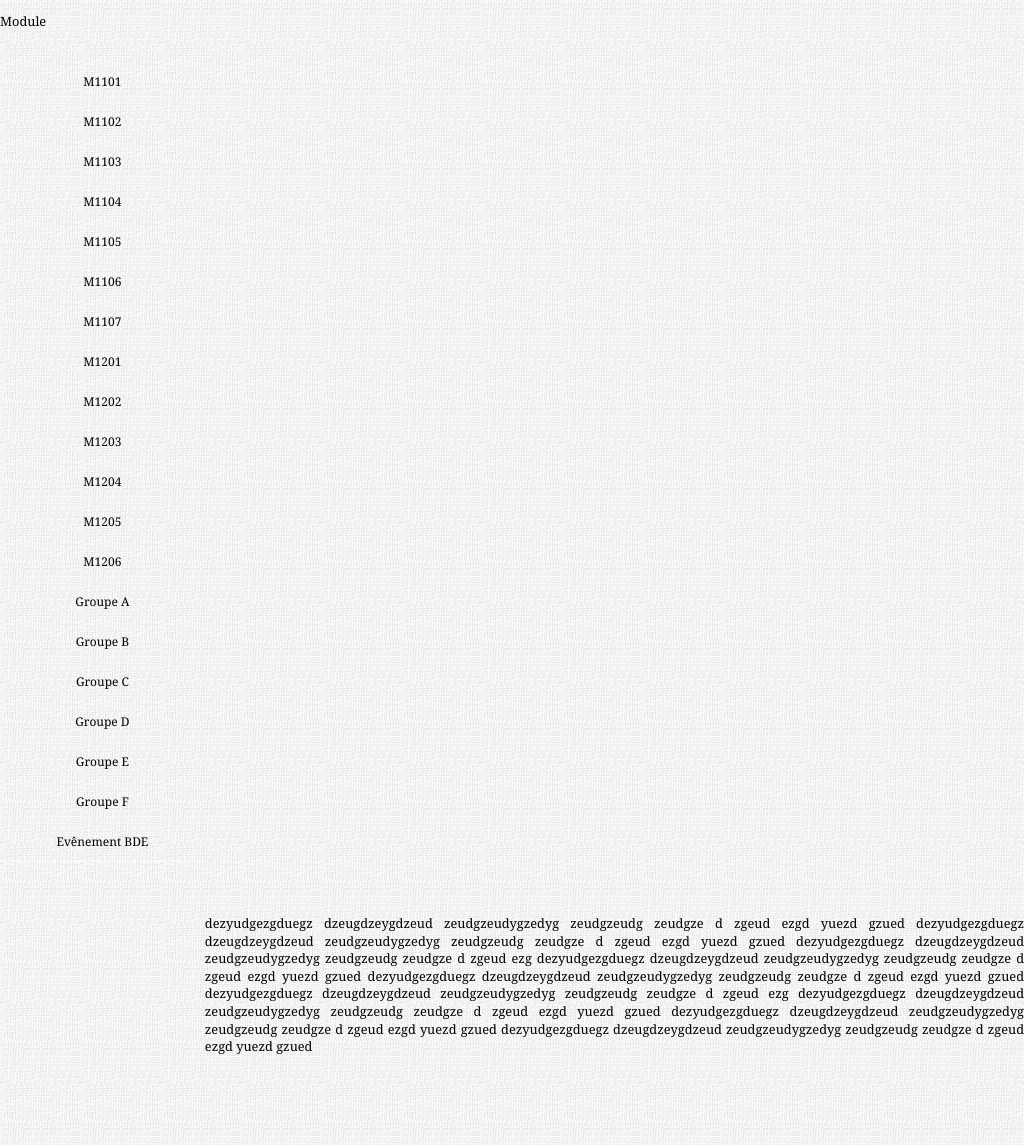
Repository: ValentinArg/PETUT
Page: http://localhost/PETUT/WEB-INF/jsp/eleve/semestre1.jsp
The author's editor kept a copy of each file at every save. The page is drawn from the files as they stood at one save, then again after the next save.
The browser window is 1280 px wide. The pictures show the whole page, at 80% of full size.
Some web libraries are served in a nearby version. The page is served by Tomcat 9. Nobody is signed in. Other server files are loaded and not shown. The template is opened directly, without the code that normally fills it, so the values that code supplies are empty.

Above is the page before, as saved 2016-10-02 11:07:27.

### PETUT/WebContent/WEB-INF/jsp/eleve/semestre1.jsp
<%@ page language="java" contentType="text/html; charset=ISO-8859-1"
    pageEncoding="ISO-8859-1"%>
<!DOCTYPE html PUBLIC "-//W3C//DTD HTML 4.01 Transitional//EN" "http://www.w3.org/TR/html4/loose.dtd">
<html>
<head>
<meta http-equiv="Content-Type" content="text/html; charset=ISO-8859-1">
<link rel ="stylesheet" href = "/PETUT/css/main.css"/>
<link rel ="stylesheet" href = "/PETUT/css/allSemestres.css"/>
<title>Insert title here</title>
</head>
<body>

	<jsp:include page="../enTete.jsp"/>
	<div class="navigation" id="navigation">
		<ul>
			<li class="parent" id="parent1"><p class="module">M1101</p></li>
			<li class="parent" id="parent2"><p class="module">M1102</p></li>
			<li class="parent" id="parent1"><p class="module">M1103</p></li>
			<li class="parent" id="parent2"><p class="module">M1104</p></li>
			<li class="parent" id="parent1"><p class="module">M1105</p></li>
			<li class="parent" id="parent2"><p class="module">M1106</p></li>
			<li class="parent" id="parent1"><p class="module">M1107</p></li>
			<li class="parent" id="parent2"><p class="module">M1201</p></li>
			<li class="parent" id="parent1"><p class="module">M1202</p></li>
			<li class="parent" id="parent2"><p class="module">M1203</p></li>
			<li class="parent" id="parent1"><p class="module">M1204</p></li>
			<li class="parent" id="parent2"><p class="module">M1205</p></li>
			<li class="parent" id="parent1"><p class="module">M1206</p></li>
			<li class="parent" id="parent1"><p class="module">Groupe A</p></li>
			<li class="parent" id="parent2"><p class="module">Groupe B</p></li>
			<li class="parent" id="parent1"><p class="module">Groupe C</p></li>
			<li class="parent" id="parent2"><p class="module">Groupe D</p></li>
			<li class="parent" id="parent1"><p class="module">Groupe E</p></li>
			<li class="parent" id="parent2"><p class="module">Groupe F</p></li>
			<li class="parent" id="parent1"><p class="module">Evênement BDE</p></li>

		</ul>

	</div>
	<div class="conteneurGeneral" id="conteneurGeneral">
		<p>  dezyudgezgduegz dzeugdzeygdzeud zeudgzeudygzedyg zeudgzeudg zeudgze d zgeud ezgd yuezd gzued dezyudgezgduegz dzeugdzeygdzeud zeudgzeudygzedyg zeudgzeudg zeudgze d zgeud ezgd yuezd gzued dezyudgezgduegz dzeugdzeygdzeud zeudgzeudygzedyg zeudgzeudg zeudgze d zgeud ezg dezyudgezgduegz dzeugdzeygdzeud zeudgzeudygzedyg zeudgzeudg zeudgze d zgeud ezgd yuezd gzued dezyudgezgduegz dzeugdzeygdzeud zeudgzeudygzedyg zeudgzeudg zeudgze d zgeud ezgd yuezd gzued dezyudgezgduegz dzeugdzeygdzeud zeudgzeudygzedyg zeudgzeudg zeudgze d zgeud ezg dezyudgezgduegz dzeugdzeygdzeud zeudgzeudygzedyg zeudgzeudg zeudgze d zgeud ezgd yuezd gzued dezyudgezgduegz dzeugdzeygdzeud zeudgzeudygzedyg zeudgzeudg zeudgze d zgeud ezgd yuezd gzued dezyudgezgduegz dzeugdzeygdzeud zeudgzeudygzedyg zeudgzeudg zeudgze d zgeud ezgd yuezd gzued</p>
	</div>
	<script type="text/javascript">

		var haut = false
		function slideUp(){
			if(!haut){
				$('#navigation').animate({ top: "-=100%"}, 200 );
				if($('#navigation').is(':animated')){
					checkAnimate();
				}
				haut = true;
			}else{
				document.getElementById('conteneurGeneral').style.marginLeft="20%";
				document.getElementById('conteneurGeneral').style.width="80%";
				$('#navigation').animate({ top: "+=100%"}, 200 );
				haut = false;
			}
		}

		function checkAnimate() {
            if( $( '#navigation' ).is( ':animated' )) {
                setTimeout(function() {
                    checkAnimate();
                }, 0 );
            }else{
            	if(haut){
            		document.getElementById('conteneurGeneral').style.marginLeft="0%";
            		document.getElementById('conteneurGeneral').style.width="100%";
            	}
            }
        }

		$( '#boutonHautBas' ).click(function(){
			slideUp()});
	</script>
</body>
</html>

### PETUT/WebContent/WEB-INF/jsp/enTete.jsp
<%@ page language="java" contentType="text/html; charset=ISO-8859-1"
    pageEncoding="ISO-8859-1"%>
<!DOCTYPE html PUBLIC "-//W3C//DTD HTML 4.01 Transitional//EN" "http://www.w3.org/TR/html4/loose.dtd">
<html>
<head>
	<meta http-equiv="Content-Type" content="text/html; charset=ISO-8859-1">
	<title>Insert title here</title>
	<link rel ="stylesheet" href = "/PE2I/css/main.css"/>
	<script src="https://code.jquery.com/jquery-1.12.4.js"></script>
  	<script src="https://code.jquery.com/ui/1.12.1/jquery-ui.js"></script>

</head>
<body>
	<div class=enTete>
		<p class="boutonHautBas" id="boutonHautBas">Module</p>
		<ul class="nav" id="nav">
			<c:forEach var="forum" items="${listeForum}">
				<li class=" partie"><a class="forum" id="${forum.id}"><c:out value="${forum.nom}"/></a></li>
			</c:forEach>
			<!-- <li class="partie" id="banniere"><a>PETUT</a></li>-
			<li class=" partie"><a class="forum" id="1">Cours</a></li>
			<li class="partie"><a class="forum" id="2">Travaux Dirigées</a></li>
			<li class="partie"><a class="forum" id="3">Travaux Pratiques</a></li>
			<li class="partie"><a class="forum" id="4">Partiels</a></li>
			<li class="partie"><a>Mon Compte</a></li>-->
		</ul>
	</div>

</body>
</html>

### PETUT/WebContent/css/main.css
@CHARSET "ISO-8859-1";

@CHARSET "UTF-8";
/* Général ------------------------------------------------------------------------------------- */

html {
  height: 100%;
  box-sizing: border-box;
}

*,
*:before,
*:after {
  box-sizing: inherit;
}

body {
	background-image : url(../images/fond.jpg);
	position: relative;
 	margin: 0;
  padding-bottom: 6rem;
  min-height: 100%;
}

body,p,legend, label, input {
    font: normal 8pt;
    font-family:  Georgia, serif;
}

header img {
	width:470px;
	display:inline;
}
header .logoiut{
	height:135px;
	width:215px;
}
header{

	height:135px;
	margin-left:auto;
	margin-right:auto;
	background-image : url(../images/fondbanniere.jpg);
	width:85%;
	min-width:880px;
}
nav {
	width:85%;
	min-width:880px;
	margin-left:auto;
	margin-right:auto;
	text-align:left;

}
.general{
	width:85%;
	min-width:880px;
	margin-left:auto;
	margin-right:auto;
	background-image:url(../images/fondgeneral.jpg);
	padding-top:30px;
	padding-bottom:10px;
	min-height:69vh;
	margin-bottom:-24px;
}
footer {
	width:85%;
	min-width:880px;
	margin-left:auto;
	margin-right:auto;
	font-size:80%;
	position: absolute;
  	right: 0;
  	bottom: 0;
  	left: 0;
  	padding: 1rem;
  	margin-top:0;
	background-image:url(../images/fondgeneral.jpg);
}

### PETUT/WebContent/css/allSemestres.css
.parent{

	list-style:none;
	font-size:15px;
	cursor:pointer;
	width:100%;
	display:inline-block;

}

.navigation ul{
	width:100%;
	display:inline-block;

}




ul{
	margin:0;
	padding:0;
}

.ue {

	border-top:solid 1px white;
	display:block;
	padding:10px;
	text-align:center;
	background-color:#4CAF50;
	margin:0;
}

.ue:hover{
	color:white;
}

.module p{

	border:none;
	border-bottom:solid 1px white;
	display: block;
	padding:10px;
	text-align:center;
	background-color:#333;
	margin:0;


}

.module p:hover{
	color:white;
	cursor:pointer;
}

.semestres{
	background-color:#4CAF50;

}

a{
	cursor:pointer;
}





body{

	margin:0;
	padding:0;
}



.navigation{

	display:inline-block;
	list-style : none;
	margin:0;
	padding:0;
	position: relative;
	z-index:5;
	width:20%;
	border-bottom:solid 1px white;
	text-align:center;
	height:95.5%;
	max-height:95.3%;
	overflow: auto;


}

.conteneurGeneral{
	text-align:justify;
	display:inline-block;
	height:100%;
	position:relative;
	width: 80%;
	margin:0;
	margin-left:20%;
	padding:0;
	margin-top:50px;
	vertical-align:top;

}

.selection{
	display:block;
	vertical-align:top;
	list-style : none;
	margin:0;
	background: Grey;
	z-index:5;
	height:4.7%;
	border-bottom:solid 1px white;
	text-align: center;

}



.type {
	display: inline-block;
	padding:8px;
	font-size:20px;
	height:20px;
	vertical-align:top;
	width:20%;

}

.type p {
	margin:0;
	padding:0;
	color:white;
	cursor:pointer;
}

.type:hover{
	background:#333;

}

.tableauTopic{
	text-align: center;
	position:relative;
	display:block;

}

After the next save:
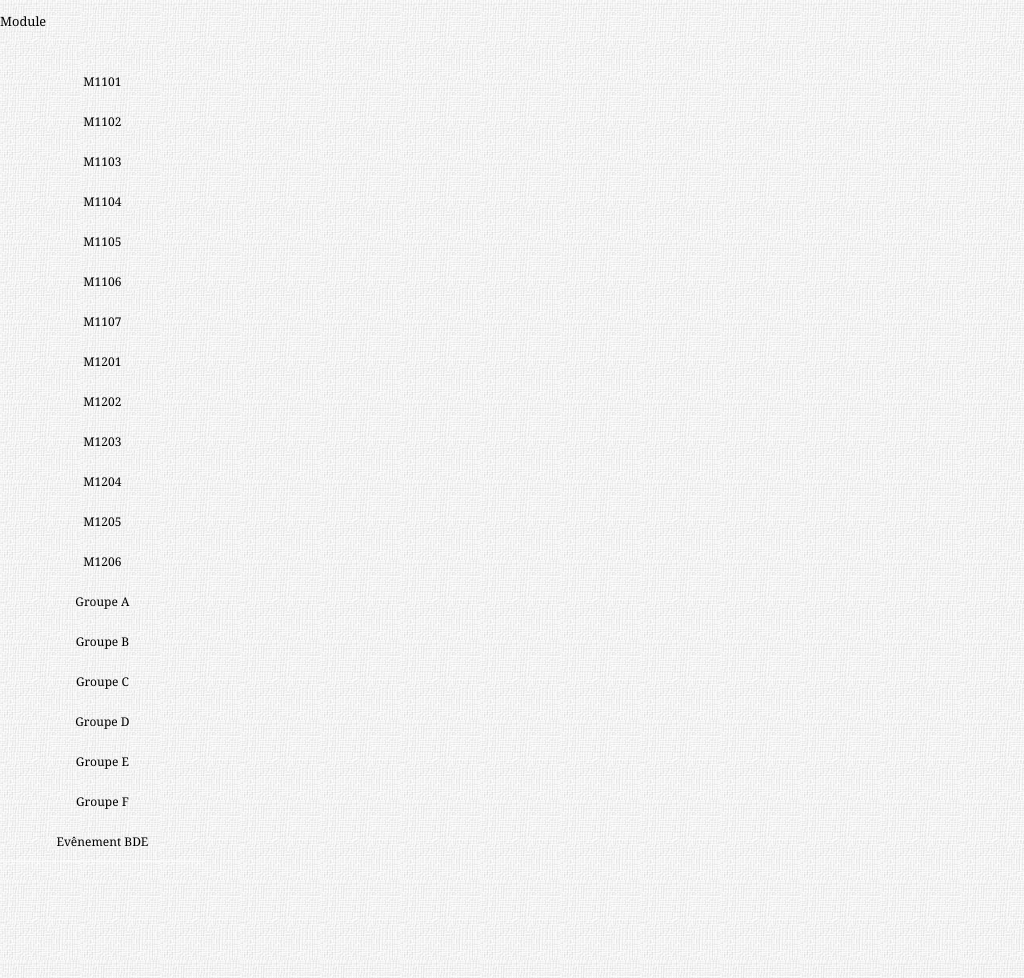
Saved 29 s later.
--- a/PETUT/WebContent/WEB-INF/jsp/eleve/semestre1.jsp
+++ b/PETUT/WebContent/WEB-INF/jsp/eleve/semestre1.jsp
@@ -38,7 +38,6 @@
 
 	</div>
 	<div class="conteneurGeneral" id="conteneurGeneral">
-		<p>  dezyudgezgduegz dzeugdzeygdzeud zeudgzeudygzedyg zeudgzeudg zeudgze d zgeud ezgd yuezd gzued dezyudgezgduegz dzeugdzeygdzeud zeudgzeudygzedyg zeudgzeudg zeudgze d zgeud ezgd yuezd gzued dezyudgezgduegz dzeugdzeygdzeud zeudgzeudygzedyg zeudgzeudg zeudgze d zgeud ezg dezyudgezgduegz dzeugdzeygdzeud zeudgzeudygzedyg zeudgzeudg zeudgze d zgeud ezgd yuezd gzued dezyudgezgduegz dzeugdzeygdzeud zeudgzeudygzedyg zeudgzeudg zeudgze d zgeud ezgd yuezd gzued dezyudgezgduegz dzeugdzeygdzeud zeudgzeudygzedyg zeudgzeudg zeudgze d zgeud ezg dezyudgezgduegz dzeugdzeygdzeud zeudgzeudygzedyg zeudgzeudg zeudgze d zgeud ezgd yuezd gzued dezyudgezgduegz dzeugdzeygdzeud zeudgzeudygzedyg zeudgzeudg zeudgze d zgeud ezgd yuezd gzued dezyudgezgduegz dzeugdzeygdzeud zeudgzeudygzedyg zeudgzeudg zeudgze d zgeud ezgd yuezd gzued</p>
 	</div>
 	<script type="text/javascript">
 
